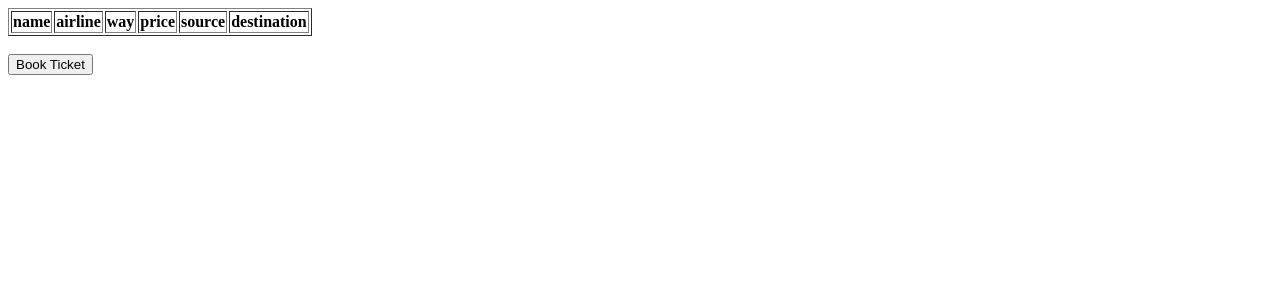
Repository: manishmachha/Project-FlyAway
Page: http://localhost/FlyAway/search.jsp
These files come from the project's save history. The page is drawn as it stood at one moment and after the next save; the edit follows.
The browser window is 1280 px wide. The pictures show the whole page.
The page is served by Tomcat 9. The database holds what the project's SQL file puts in it.

Above is the page before, as saved 2022-01-04 06:50:08.

### FlyAway/src/main/webapp/search.jsp
<%@ page language="java" contentType="text/html; charset=ISO-8859-1"
	pageEncoding="ISO-8859-1"%>
<%@page import="java.sql.*"%>
<%
String SOURCE = request.getParameter("source");
String DESTINATION = request.getParameter("destination");
Class.forName("com.mysql.jdbc.Driver");
String url = "jdbc:mysql://localhost:3306/flyaway";
String user = "root";
String pass = "2020";
String sql = "select * from flights where source='" + SOURCE + "'and destination='" + DESTINATION + "'";
Connection con = DriverManager.getConnection(url, user, pass);
Statement st = con.createStatement();
ResultSet rs = st.executeQuery(sql);
%>
<table border="1">
	<tr>
		<th>name</th>
		<th>airline</th>
		<th>way</th>
		<th>price</th>
		<th>source</th>
		<th>destination</th>
	</tr>
	<%
	while (rs.next()) {
	%>
	<tr>
		<td><%=rs.getString(1)%></td>
		<td><%=rs.getString(2)%></td>
		<td><%=rs.getString(3)%></td>
		<td><%=rs.getString(4)%></td>
		<td><%=rs.getString(5)%></td>
		<td><%=rs.getString(6)%></td>
	</tr>
	<%
	}
	%>
</table>
</br>
<form action="customerdetails.jsp" method="post">
	<input type="submit" value="Book Ticket">
</form>

### FlyAway/Databases/Flyaway.sql (the tables this page reads)
CREATE TABLE `flights` (
  `NAME` varchar(10) DEFAULT NULL,
  `AIRLINE` varchar(20) DEFAULT NULL,
  `WAY` varchar(20) DEFAULT NULL,
  `PRICE` varchar(10) DEFAULT NULL,
  `source` varchar(20) DEFAULT NULL,
  `destination` varchar(20) DEFAULT NULL
) ENGINE=InnoDB DEFAULT CHARSET=utf8mb4 COLLATE=utf8mb4_0900_ai_ci;

INSERT INTO `flights` VALUES ('INDG1','INDIGO','HYD-DEL','5000','Hyderabad','Delhi'),('INDG2','INDIGO','HYD-KOL','5000','Hyderabad','Kolkata'),('INDG3','INDIGO','HYD-MUM','5000','Hyderabad','Mumbai'),('INDG4','INDIGO','HYD-BAN','5000','Hyderabad','Bangalore'),('KING1','KINGFISHER','DEL-KOL','5000','Delhi','Kolkata'),('KING2','KINGFISHER','DEL-MUM','5000','Delhi','Mumbai'),('KING3','KINGFISHER','DEL-BAN','5000','Delhi','Bangalore'),('KING4','KINGFISHER','DEL-HYD','5000','Delhi','Hyderabad'),('SPIC1','SPICE JET','KOL-MUM','5000','Kolkata','Mumbai'),('SPIC2','SPICE JET','KOL-BAN','5000','Kolkata','Bangalore'),('SPIC3','SPICE JET','KOL-HYD','5000','Kolkata','Hyderabad'),('SPIC4','SPICE JET','KOL-DEL','5000','Kolkata','Delhi'),('AIRN1','AIR INDIA','MUM-BAN','5000','Mumbai','Bangalore'),('AIRN2','AIR INDIA','MUM-HYD','5000','Mumbai','Hyderabad'),('AIRN3','AIR INDIA','MUM-DEL','5000','Mumbai','Delhi'),('AIRN4','AIR INDIA','MUM-KOL','5000','Mumbai','Kolkata'),('TRUJ1','TRUE JET','BAN-HYD','5000','Bangalore','Hyderabad'),('TRUJ2','TRUE JET','BAN-DEL','5000','Bangalore','Delhi'),('TRUJ3','TRUE JET','BAN-KOL','5000','Bangalore','Kolkata'),('TRUJ4','TRUE JET','BAN-MUM','5000','Bangalore','Mumbai');

After the next save:
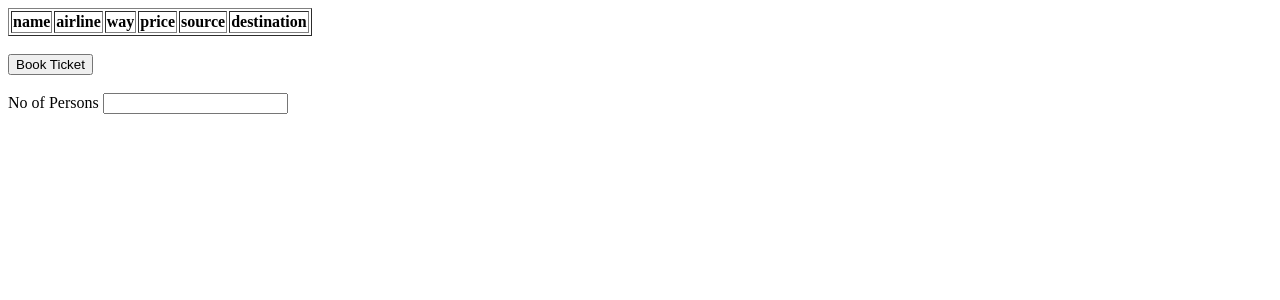
Saved 91 s later.
--- a/FlyAway/src/main/webapp/search.jsp
+++ b/FlyAway/src/main/webapp/search.jsp
@@ -40,4 +40,5 @@ ResultSet rs = st.executeQuery(sql);
 </br>
 <form action="customerdetails.jsp" method="post">
 	<input type="submit" value="Book Ticket">
+	</br> </br> No of Persons <input type="number" name="no of persons"></br>
 </form>
